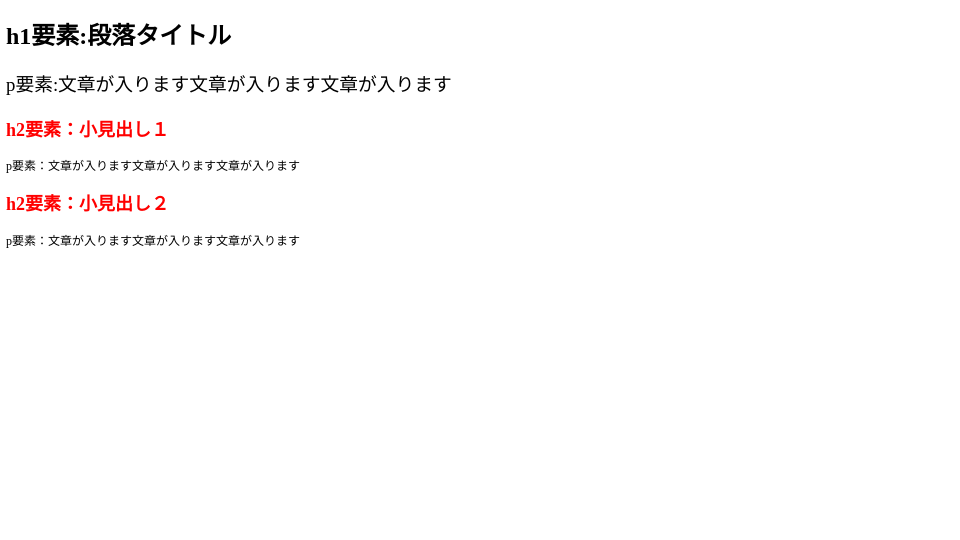
Repository: kenta0810/samurai_html-css
Page: index.html
The author's editor kept a record of every edit. The page is drawn from the files as they stood at one moment, then again after the next edit.
The browser window is 1280 px wide. The pictures show the whole page, at 75% of full size.
Pictures or frames that could not be fetched are drawn as grey boxes.

Above is the page before.

After the next edit:
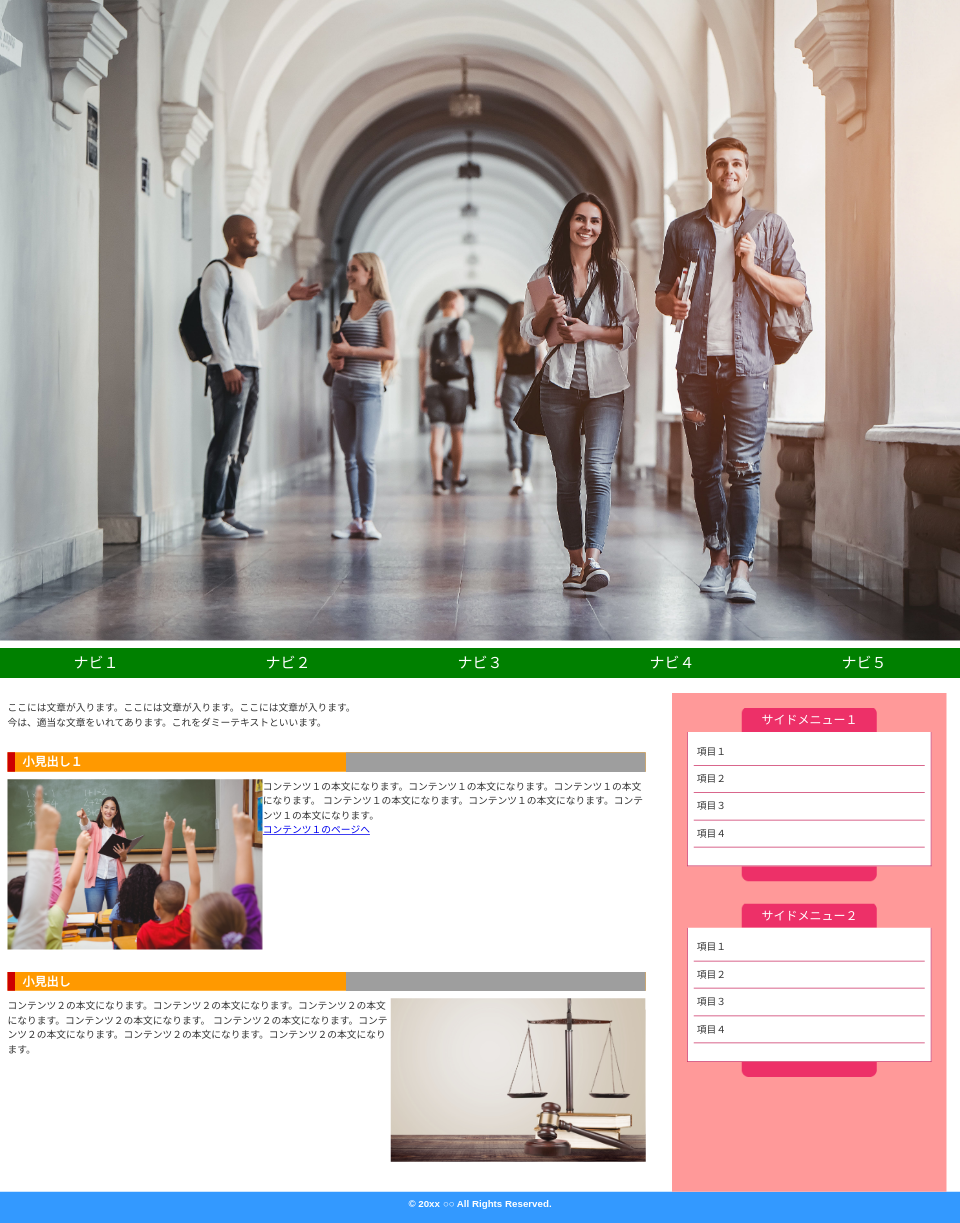
The edit:
--- a/index.html
+++ b/index.html
@@ -1,22 +1,75 @@
-<!DOCTYPE html>
+<!doctype thml>
 <html lang="ja">
-  <head>
-    <meta charset="UTF-8">
-    <title>HTML/CSSの学習</title>
-    <style>
-      h2 {
-        color: red;
-      }
-    </style>
-  </head>
-  <body>
-    <h1>h1要素:段落タイトル</h1>
-    <p style="font-size: 25px;">
-      p要素:文章が入ります文章が入ります文章が入ります
-    </p>
-    <h2>h2要素：小見出し１</h2>
-    <p>p要素：文章が入ります文章が入ります文章が入ります</p>
-    <h2>h2要素：小見出し２</h2>
-    <P>p要素：文章が入ります文章が入ります文章が入ります</P>
-  </body>
-</html>
+    <head>
+        <meta charset="utf-8">
+        <title>HTML/CSSの学習</title>
+        <link rel="stylesheet" href="stylesheet.css">
+    </head>
+    <body>
+        <div id="header">
+            <h1><a href="home.html"><img id="corridor" src="images/corridor.jpg" alt="大学の廊下"></a></h1>
+        </div>
+        <div id="wrapper">
+            <div id="nav">
+                <ul>
+                    <li><a href="home.html">ナビ１</a></li>
+                    <li><a href="#">ナビ２</a></li>
+                    <li><a href="#">ナビ３</a></li>
+                    <li><a href="#">ナビ４</a></li>
+                    <li><a href="#">ナビ５</a></li>
+                </ul>
+            </div>
+            <div id="container">
+                <div id="main">
+                    <div class="post">
+                        <p>ここには文章が入ります。ここには文章が入ります。ここには文章が入ります。<br>今は、適当な文章をいれてあります。これをダミーテキストといいます。</p>
+                    </div>
+                    <div class="post clearfix">
+                        <h2>小見出し１</h2>
+                        <img class="left" src="images/classroom.jpg" alt="授業風景" />
+                        <P>
+                            コンテンツ１の本文になります。コンテンツ１の本文になります。コンテンツ１の本文になります。
+                            コンテンツ１の本文になります。コンテンツ１の本文になります。コンテンツ１の本文になります。
+                        </P>
+                        <p><a href="#">コンテンツ１のページへ</a></p>
+                    </div>
+                    <div class="post clearfix">
+                        <h2>小見出し</h2>
+                        <img class="right" src="images/scale.jpg" alt="天秤" />
+                        <p>
+                            コンテンツ２の本文になります。コンテンツ２の本文になります。コンテンツ２の本文になります。コンテンツ２の本文になります。
+                            コンテンツ２の本文になります。コンテンツ２の本文になります。コンテンツ２の本文になります。コンテンツ２の本文になります。
+                        </p>
+                    </div>
+                </div>
+                <div id="side">
+                <div class="box">
+                    <h2>サイドメニュー１</h2>
+                    <div class="boxBody">
+                        <ul>
+                            <li>項目１</li>
+                            <li>項目２</li>
+                            <li>項目３</li>
+                            <li>項目４</li>
+                        </ul>
+                    </div>
+                </div>
+                <div class="box">
+                    <h2>サイドメニュー２</h2>
+                    <div class="boxBody">
+                        <ul>
+                            <li>項目１</li>
+                            <li>項目２</li>
+                            <li>項目３</li>
+                            <li>項目４</li>
+                        </ul>
+                    </div>
+                </div>
+            </div>
+            </div>
+
+        </div>
+        <div id="footer">
+            <p>&copy; 20xx ○○ All Rights Reserved.</p>
+        </div>
+    </body>
